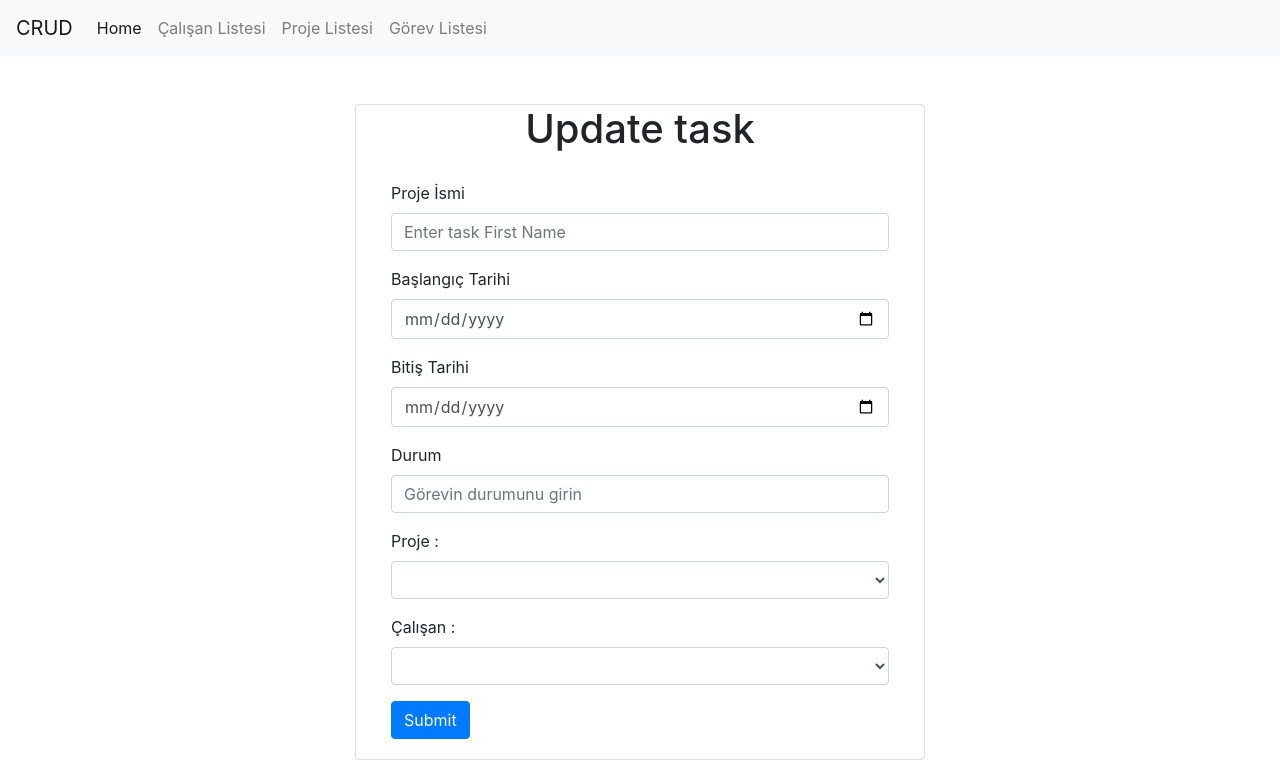
Repository: AhmetOzgul/veri_Taban-_proje
Page: http://localhost/edit_task
The author's editor kept a copy of each file at every save. The page is drawn from the files as they stood at one save, then again after the next save.
The browser window is 1280 px wide. The pictures show the whole page.
The page is this project's Thymeleaf template; nobody is signed in. The template is opened directly, without the code that normally fills it, so the values that code supplies are empty.

Above is the page before, as saved 2024-01-18 10:07:52.

After the next save:
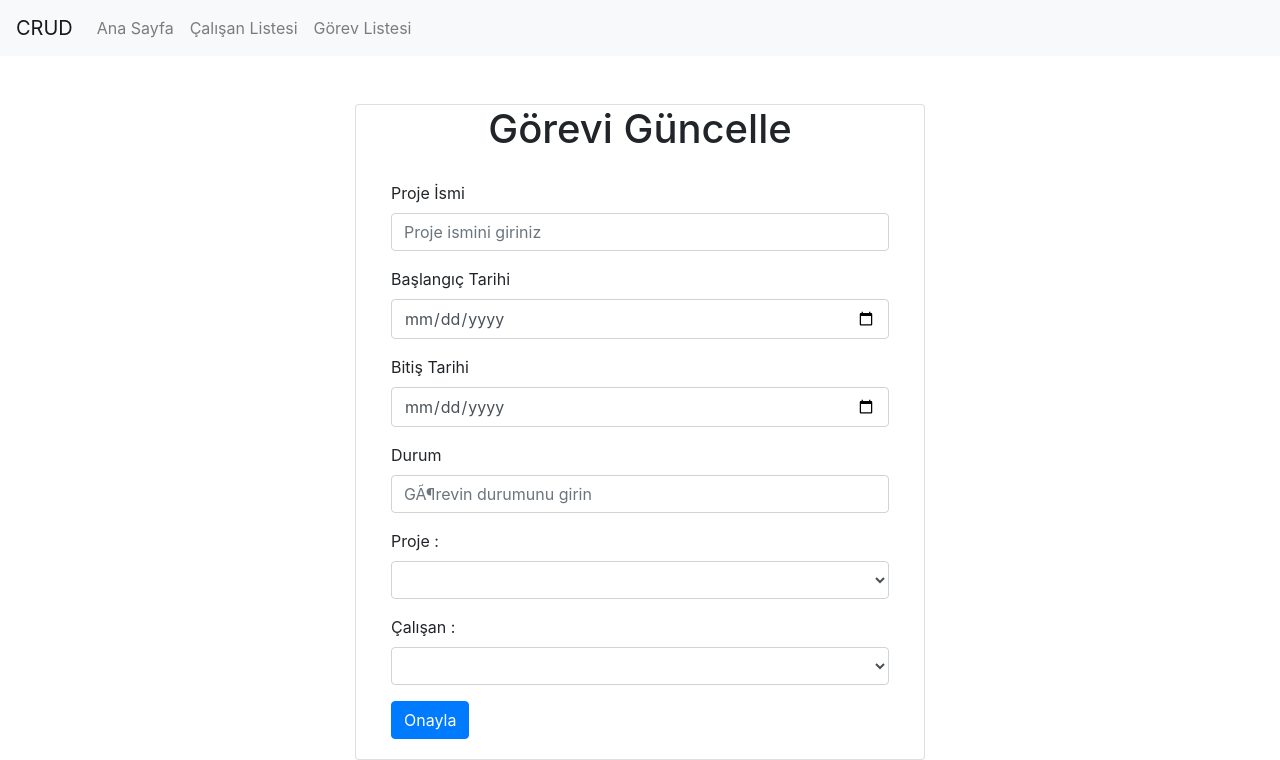
Saved 13 s later.
--- a/vtys2/vtys/src/main/resources/templates/edit_task.html
+++ b/vtys2/vtys/src/main/resources/templates/edit_task.html
@@ -16,15 +16,12 @@
 		</button>
 		<div class="collapse navbar-collapse" id="navbarNav">
 		  <ul class="navbar-nav">
-			<li class="nav-item active">
-			  <a class="nav-link" href="/">Home<span class="sr-only">(current)</span></a>
+			<li class="nav-item ">
+			  <a class="nav-link" href="/projects">Ana Sayfa<span class="sr-only">(current)</span></a>
 			</li>
 			<li class="nav-item">
 			  <a class="nav-link" href="/users">Çalışan Listesi</a>
 			</li>
-			<li class="nav-item">
-				<a class="nav-link" href="/projects">Proje Listesi</a>
-			  </li>
 			<li class="nav-item">
 				<a class="nav-link" href="/tasks">Görev Listesi</a>
 			  </li>
@@ -36,7 +33,7 @@
 	<div class = "container">
 		<div class = "row">
 			<div class ="col-lg-6 col-md-6 col-sm-6 container justify-content-center card">
-				<h1 class = "text-center"> Update task </h1>
+				<h1 class = "text-center"> Görevi Güncelle </h1>
 				<div class = "card-body">
 					<form th:action="@{/tasks/edit/{id} (id=${task.id})}" th:object = "${task}" method="POST">
 						<div class ="form-group">
@@ -46,7 +43,7 @@
 							name = "taskName"
 							th:field = "*{taskName}"
 							class = "form-control"
-							placeholder="Enter task First Name"
+							placeholder="Proje ismini giriniz"
 							/>
 						</div>
 
@@ -57,7 +54,7 @@
 							name = "startDate"
 							th:field = "*{startDate}"
 							class = "form-control"
-							placeholder="Enter task Last Name"
+							placeholder="Görevin başlama süresini giriniz"
 							/>
 						</div>
 
@@ -68,7 +65,7 @@
 							name = "endDate"
 							th:field = "*{endDate}"
 							class = "form-control"
-							placeholder="Enter task Email"
+							placeholder="Görevin bitiş tarihini giriniz"
 							/>
 						</div>
 
@@ -79,7 +76,7 @@
 							name = "state"
 							th:field = "*{state}"
 							class = "form-control"
-							placeholder="Görevin durumunu girin"
+							placeholder="GÃ¶revin durumunu girin"
 							/>
 						</div>
 
@@ -99,7 +96,7 @@
 
 						<div class = "box-footer">
 							<button type="submit" class = "btn btn-primary">
-								Submit
+								Onayla
 							</button>
 						</div>
 					</form>
